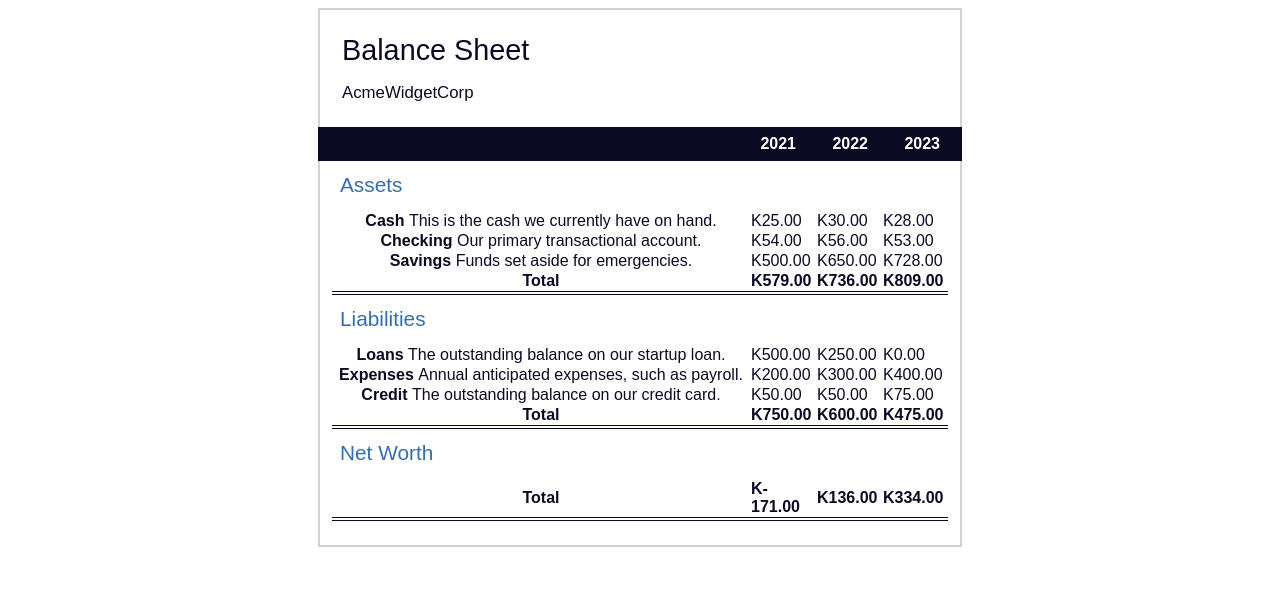
Repository: Lungdjos/balance_shee
Page: index.html
The author's editor kept a copy of each file at every save. The page is drawn from the files as they stood at one save, then again after the next save.
The browser window is 1280 px wide. The pictures show the whole page.

Above is the page before, as saved 2023-11-04 23:09:01.

After the next save:
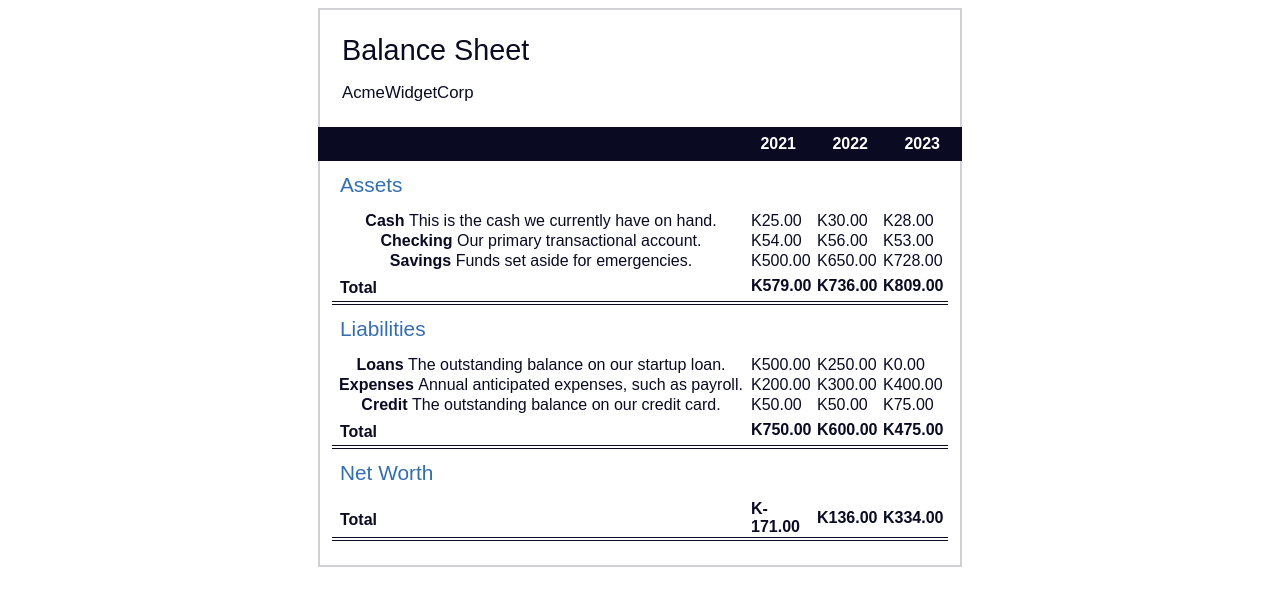
Saved 3 min 25 s later.
--- a/styles.css
+++ b/styles.css
@@ -107,3 +107,8 @@
         border-bottom: 4px double #0a0a23;
         font-weight: bold;
     }
+
+    tr[class="total"] th {
+        text-align: left;
+        padding: .5rem 0 .25rem .5rem
+    }
